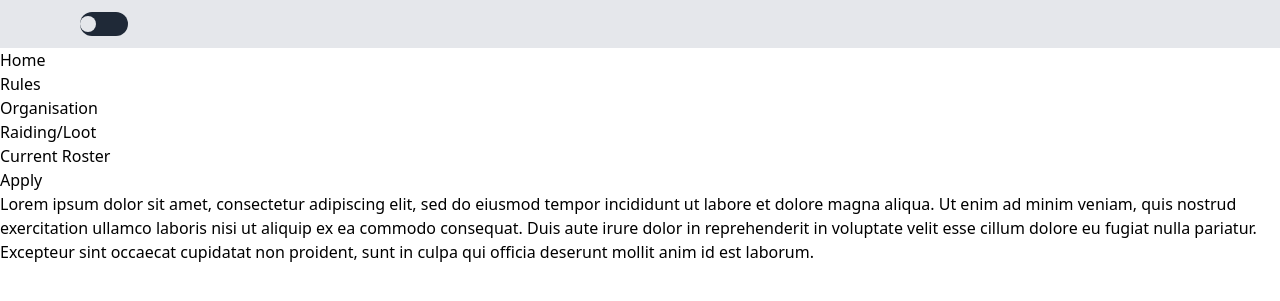
Repository: eaang/catguild_frontend
Page: /
These files come from the project's save history. The page is drawn as it stood at one moment and after the next save; the edit follows.
The browser window is 1280 px wide. The pictures show the whole page.
The project was rebuilt for these pictures with package versions that can differ from the ones it lists, and the page was loaded fresh each time. The framework's server and built-in components were replaced by stand-ins that run in the browser. Also part of the build but not shown: nuxt.config.js, components/ContentBox.vue, components/ContentEditor.vue, components/ImageBox.vue, components/SidebarMain.vue, components/SidebarSub.vue, components/TheFoooter.vue, components/icons/ChevronDown.vue and 19 more. Imported but missing from the stored project, and not drawn on this page: apollo/queries/categories/category.

Above is the page before, as saved 2021-04-02 17:41:56.

### components/TheHeader.vue
<template>
  <div class="w-full h-12 flex items-center bg-gray-200 dark:bg-gray-800">
    <div class="container"><ToggleButton /></div>
  </div>
</template>

<script>
export default {}
</script>

### components/TheSidebar.vue
<template>
  <div>
    <div>Home</div>
    <div>Rules</div>
    <div>Organisation</div>
    <div>Raiding/Loot</div>
    <div>Current Roster</div>
    <div>Apply</div>
  </div>
</template>

<script>
export default {}
</script>

### components/ToggleButton.vue
<template>
  <div @click="currentStatus = !currentStatus">
    <div class="bg-gray-800 w-12 h-6 rounded-full flex items-center">
      <div v-if="currentStatus" class="bg-gray-200 w-4 h-4 rounded-full"></div>
      <div v-if="!currentStatus" class="bg-gray-200 w-4 h-4 rounded-full"></div>
    </div>
  </div>
</template>

<script>
export default {
  data() {
    return {
      currentStatus: false,
    }
  },
}
</script>

### layouts/default.vue
<template>
  <div class="">
    <TheHeader />
    <TheSidebar />
    <Nuxt />
    <TheFooter />
  </div>
</template>

### pages/index.vue
<template>
  <div>
    Lorem ipsum dolor sit amet, consectetur adipiscing elit, sed do eiusmod
    tempor incididunt ut labore et dolore magna aliqua. Ut enim ad minim veniam,
    quis nostrud exercitation ullamco laboris nisi ut aliquip ex ea commodo
    consequat. Duis aute irure dolor in reprehenderit in voluptate velit esse
    cillum dolore eu fugiat nulla pariatur. Excepteur sint occaecat cupidatat
    non proident, sunt in culpa qui officia deserunt mollit anim id est laborum.
  </div>
</template>

<script>
export default {}
</script>

### tailwind.config.js
module.exports = {
  purge: [
    './components/**/*.{vue,js}',
    './layouts/**/*.vue',
    './pages/**/*.vue',
    './plugins/**/*.{js,ts}',
    './nuxt.config.{js,ts}',
  ],
  darkMode: 'class', // or 'media' or 'class'
  theme: {
    container: {
      center: true,
      padding: {
        DEFAULT: '1rem',
        sm: '2rem',
        lg: '4rem',
        xl: '5rem',
        '2xl': '6rem',
      },
    },
    extend: {},
  },
  variants: {
    extend: {},
  },
  plugins: [],
}

Loaded but not shown: assets/css/tailwind.css (common file); components/TheFooter.vue (common file)

After the next save:
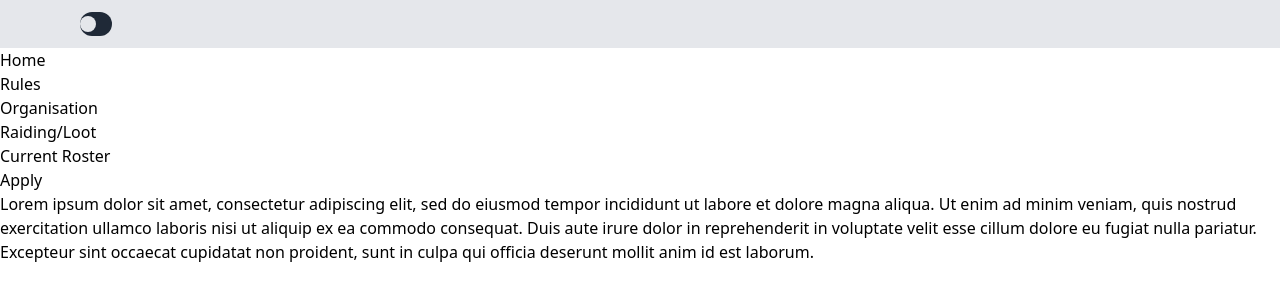
Saved 9 s later.
--- a/components/ToggleButton.vue
+++ b/components/ToggleButton.vue
@@ -1,6 +1,6 @@
 <template>
   <div @click="currentStatus = !currentStatus">
-    <div class="bg-gray-800 w-12 h-6 rounded-full flex items-center">
+    <div class="bg-gray-800 w-8 h-6 rounded-full flex items-center">
       <div v-if="currentStatus" class="bg-gray-200 w-4 h-4 rounded-full"></div>
       <div v-if="!currentStatus" class="bg-gray-200 w-4 h-4 rounded-full"></div>
     </div>
